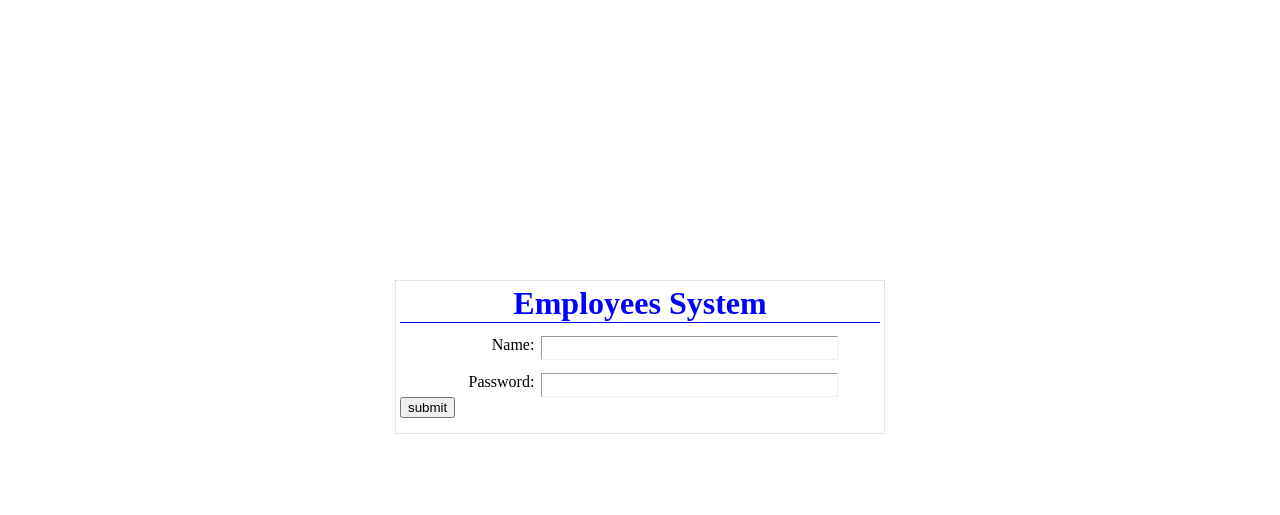
Repository: Hossam-Ali-zz/Employee-System
Page: http://localhost/Employee/login.jsp
An editor plug-in stored every save of this project. The page is shown before and after the next save, followed by the edit.
The browser window is 1280 px wide. The pictures show the whole page.
Some web libraries are served in a nearby version. The page is served by Tomcat 9. Nobody is signed in. The application's start-up code is not run.

Above is the page before, as saved 2017-04-03 12:22:45.

After the next save:
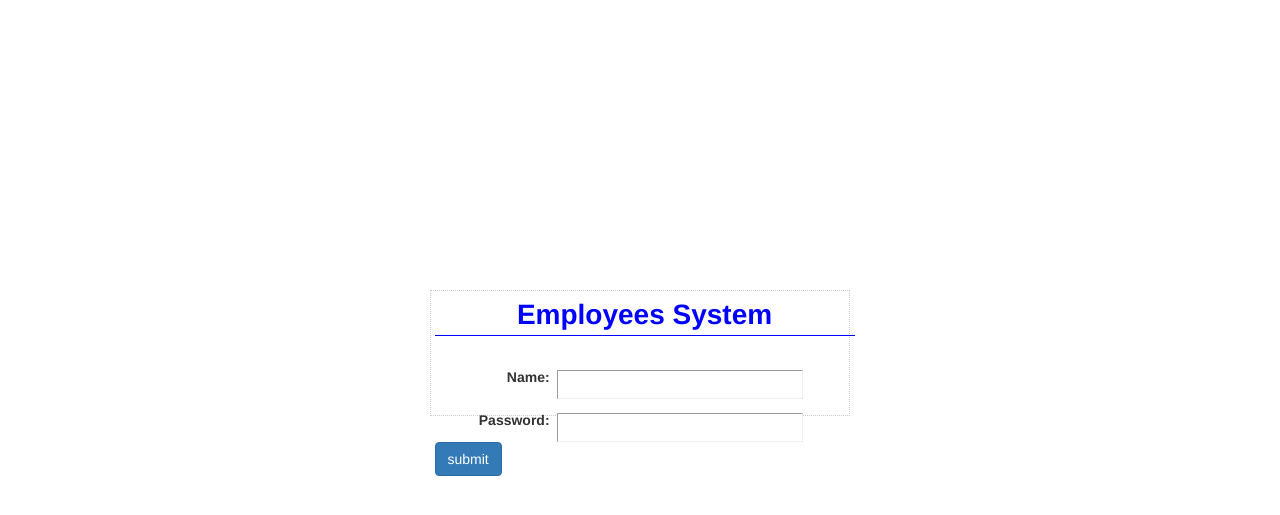
Saved 18 s later.
--- a/Employee/WebContent/login.jsp
+++ b/Employee/WebContent/login.jsp
@@ -2,6 +2,12 @@
 <html>
 <head>
 <title>Employee</title>
+<link rel="stylesheet"
+	href="https://maxcdn.bootstrapcdn.com/bootstrap/3.3.7/css/bootstrap.min.css">
+<script
+	src="https://ajax.googleapis.com/ajax/libs/jquery/3.1.1/jquery.min.js"></script>
+<script
+	src="https://maxcdn.bootstrapcdn.com/bootstrap/3.3.7/js/bootstrap.min.js"></script>
 <style type="text/css">
 html, body {
 	height: 100%;
